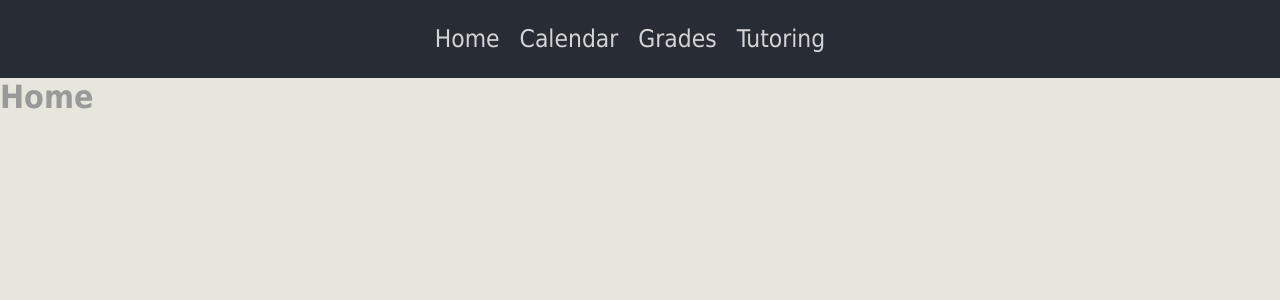
Repository: adityajbir/hackathon2024
Page: / (app in src/my-app/)
An editor plug-in stored every save of this project. The page is shown before and after the next save, followed by the edit.
The browser window is 1280 px wide. The pictures show the whole page.
The project was rebuilt for these pictures with package versions that can differ from the ones it lists, and the page was loaded fresh each time. Also part of the build but not shown: src/my-app/src/Pages/Grades.js, src/my-app/src/Pages/Tutoring.js, src/my-app/src/Pages/Calendar.css, src/my-app/src/Pages/CalendarPage.js.

Above is the page before, as saved 2024-03-23 15:14:07.

### src/my-app/src/App.js
import React from 'react';
import logo from './logo.svg';
import './App.css';
import { BrowserRouter, Routes, Route } from "react-router-dom";
import Grades from "./Pages/Grades";
import Layout from './Pages/Layout';
import Home from './Pages/Home';
import Tutoring from "./Pages/Tutoring";
import CalendarPage from './Pages/CalendarPage';

function App() {
  return (
    <BrowserRouter>
      <Routes>
        <Route path="/" element={<Layout/>}>
          <Route index element={<Home />} />
          <Route path="/Grades" element={<Grades />} />
          <Route path="/CalendarPage" element={<CalendarPage />} />
          <Route path="/Tutoring" element={<Tutoring />} />
        </Route>
      </Routes>
    </BrowserRouter>
  );
}

export default App;

### src/my-app/src/App.css
.App {
    text-align: center;
  }

  .App-logo {
    height: 40vmin;
    pointer-events: none;
  }

  @media (prefers-reduced-motion: no-preference) {
    .App-logo {
      animation: App-logo-spin infinite 20s linear;
    }
  }

  .App-header {
    background-color: #282c34;
    display: flex;
    flex-direction: column;
    align-items: center;
    justify-content: center;
    font-size: calc(10px + 2vmin);
    color: white;
    height: auto;
  }

  .currHeight {
    height: auto;
  }

  .footer {
      position: fixed;
      left: 0;
      padding:50px;
      bottom: 0;
      width: 100%;
      background-color: #282c34;
      color: white;
      text-align: center;
   }




  .App-link {
    color: #61dafb;
  }

  @keyframes App-logo-spin {
    from {
      transform: rotate(0deg);
    }
    to {
      transform: rotate(360deg);
    }
  }




  /* ---[ General Stuff ]------------------------------ */

  body {
    margin: 0px;
      padding: 0px;
    background: #e6e6dc url('') 0px 0px repeat-x;
    color: #999;
    font-family: tahoma, arial, helvetica, sans-serif;
  }

  h1, h2, h3, h4 {
    margin: 0;
    padding: 0;
  }

  p {
      padding-left: 10px;
      padding-right: 10px;
      text-align: justify;
      font-size: 0.8em;
  }

  a:link, a:visited {
      color: #ffffffcc;
      text-decoration: none;
  }

  a:hover, a:active {
      background: #ddeeff;
  }

  /* ---[ End General Stuff ]-------------------------- */

  /* ---[ Container ]---------------------------------- */

  .page-wrapper {
      background: transparent url('') 100% 0px repeat-y;
  }

  /* ---[ Intro ]---------------------------------- */

      .intro {
          margin: 100px 275px 0px 100px;
          /*background: #fff url('') 0px 0px repeat-x;*/
          padding: 30px 10px 10px 10px;
          border-left: solid 1px #ccc;
      }

      /* ---[ Page Header ]------------------------ */

          header {
            background-color: #282c34;
            color: #ff5;
            height: 100px;
            width: 100%;
            top: 0px;
            left: 0px;
            right: 0px;
            position: absolute;
              background: transparent url('') 0px 0px repeat-x;
              z-index: 10;
          }

          header h1 {
              height: 130px;
              font-size: 1.5em;
              background-color: transparent;
              text-decoration: none;
              text-transform: lowercase;
              display: none;
              font-weight: normal;
              position: absolute;
              right: 20px;
              bottom: 3px;
              color: #fff;

              text-indent: 100%;
              white-space: nowrap;
              overflow: hidden;
          }

          header h2 {
              position: absolute;
              top: 0px;
              left: 0px;
              height: 115px;
              width: 400px;
              background: transparent url('') 0px 0px no-repeat;

              text-indent: 100%;
              white-space: nowrap;
              overflow: hidden;
          }

      /* ---[ End Page Header ]-------------------- */

      /* ---[ Quick Summary ]---------------------- */

          .summary {
              width: 270px;
              float: left;
              border-top: solid 1px #ddd;
              border-right: solid 1px #ddd;
              /* border-bottom: solid 1px #999; */
              border-left: solid 1px #ddd;
              background: #e5e5e5 url('') 100% 100% no-repeat;
              margin: 0px 15px 10px 0px;
              padding: 0px 0px 3px 0px;
              font-size: 1em;
          }

          .summary p, .summary p:first-letter {
              text-align: center;
              color: #666;
              font-weight: normal;
          }

          .summary p:first-child {
              background: #fff url('') 0% 0% no-repeat;
              /* padding-bottom: 60px; */
              height: 176px;
              padding: 0px 0px 0px 0px;
              margin: 0px;

              text-indent: 100%;
              white-space: nowrap;
              overflow: hidden;
          }

          .summary p:last-child {
              position: relative;
              bottom: 0px;
              text-align: right;
              padding-bottom: 40px;

              text-indent: 200%;
              white-space: nowrap;
              overflow: hidden;
          }

          .summary>p:nth-child(3) {
              padding-bottom: 0px;
          }

          .summary p:last-child a {
              display: block;
              visibility: visible;
              position: absolute;
              right: 10px;
              margin-left: 75px;
              font-size: 10pt;
              text-indent: 0;
              left: 0px;
              background: none;
              background: transparent url('') 100% 50% no-repeat;
              padding-right: 18px;
              color: #aaa;
              font-variant: small-caps;
              text-transform: capitalize;
          }

          .summary p:last-child a:first-child {
              top: 0;
          }
          .summary p:last-child a:last-child {
              top: 30px;
          }

          .summary p:last-child a:hover {
              background: transparent url('') 100% 50% no-repeat;
              color: #819bb2;
          }
      /* ---[ End Quick Summary ]------------------ */

      /* ---[ Preamble ]--------------------------- */

          .preamble h3 {
              display: none;
          }

          .preamble p {
              font-size: 0.9em;
              color: #819bb2;
              padding-left: 300px;
          }

      /* ---[ End Preamble ]----------------------- */

  /* ---[ End Intro ]------------------------------ */

  /* ---[ Supporting Text ]------------------------ */

      .supporting {
          margin: 0px 275px 0px 100px;
          background: #fff;
          padding: 10px 0px 10px 0px;
          border-left: solid 1px #ccc;
      }

      .supporting div {
          clear: both;
      }

      .supporting h3 {
          padding-top: 30px;
          height: 25px;
          border-bottom: solid 1px #819bb2;

          text-indent: 100%;
          white-space: nowrap;
          overflow: hidden;
      }

      /* ---[ Explanation ]------------------------ */

          .explanation {
              padding-left: 10px;
              padding-right: 10px;
          }

          .explanation h3 {
              background: #fff url('') 100% 100% no-repeat;
          }

          .explanation p:nth-child(2) {
              width: 45%;
              float: left;
          }

          .explanation p:nth-child(3) {
              width: 45%;
              float: right;
          }

      /* ---[ End Explanation ]-------------------- */

      /* ---[ Participation ]---------------------- */

          .participation {
              background: #fff url() 50% 100% no-repeat;
              padding-left: 10px;
              padding-right: 10px;
          }

          .participation h3 {
              background: #fff url() 100% 100% no-repeat;
              /* border-top: solid 1px #ccc; */
          }

          .participation p:nth-child(3) {
              width: 45%;
              float: left;
          }

          .participation p:nth-child(4) {
              width: 45%;
              float: right;
          }

          .participation p:nth-child(5) {
              clear: both;
          }

      /* ---[ End Participation ]------------------ */

      /* ---[ Benefits ]--------------------------- */

          .benefits {
              padding-left: 10px;
              padding-right: 10px;
          }

          .benefits h3 {
              background: #fff url() 100% 100% no-repeat;
              /* border-top: solid 1px #ccc; */
          }

      /* ---[ End Benefits ]----------------------- */

      /* ---[ Requirements ]----------------------- */

          .requirements {
              background: #fff url() 100% 100% no-repeat;
              padding-left: 10px;
              padding-right: 10px;
          }

          .requirements h3 {
              background: #fff url() 100% 100% no-repeat;
              /* border-top: solid 1px #ccc; */
          }

          .requirements p:nth-child(3) {
              width: 45%;
              float: left;
          }

          .requirements p:nth-child(4), .requirements p:nth-child(5) {
              width: 45%;
              float: right;
          }

          .requirements p:nth-child(6) {
              clear: both;
          }

      /* ---[ End Requirements ]------------------- */

      /* ---[ Footer ]----------------------------- */

          footer {
              margin-top: 15px;
              padding-top: 40px;
              padding-bottom: 20px;
              font-size: 0.8em;
              clear: both;
              text-align: center;
              background: #fff url('') 10px 0px repeat-x;
          }

          footer a:link, footer a:visited {
              text-decoration: none;
              color: #999;
          }

          footer a:hover, footer a:active {
              background: none;
              text-decoration: underline;
          }

      /* ---[ End Footer ]------------------------- */

  /* ---[ End Supporting Text ]-------------------- */

  /* ---[ Link List ]------------------------------ */

      .sidebar {
          z-index: 2;
          background: transparent url('') 50% 100% no-repeat;
          position: absolute;
          top: 100px;
          right: 100px;
          float: right;
          width: 175px;
      }

      .sidebar h3 {
          border: none;
          margin-top: 5px;
          margin-bottom: 10px;
          height: 30px;

          text-indent: 100%;
          white-space: nowrap;
          overflow: hidden;
      }

      /* ---[ Link List 2 ]------------------------ */

          .sidebar .wrapper {
              padding-top: 20px;
              color: #666;
          }

          .sidebar .wrapper a:link, .sidebar .wrapper a:visited {
              color: #819bb2;
              text-decoration: none;
          }

          .sidebar .wrapper a:hover, .sidebar .wrapper a:active {
              background: none;
              text-decoration: underline;
          }

          .sidebar .wrapper div {
              font-size: 0.7em;
              padding: 8px 8px 10px 8px;
              background: transparent url('') 0px 100% repeat-x;
          }

          .sidebar .wrapper ul {
              list-style-type: none;
              margin: 0px;
              padding-left: 15px;
          }

          .sidebar .wrapper ul li {
              /* background: url('bullet.gif') 0px 3px no-repeat; */
              list-style-image: url('');
              padding: 0px 0px 0px 0px;
              margin: 0px 0px 10px 0px;
          }

          /* ---[ L Select ]----------------------- */

              .design-selection h3 {
                  background: #e5e5e5 url('') 50% 0% no-repeat;
              }

              .design-selection a {
                  display: block;
              }

              .design-selection a.designer-name {
                  display: inline;
              }

          /* ---[ End L Select ]------------------- */

          /* ---[ L Favorites ]-------------------- */

              #lfavorites h3 {
                  background: #e5e5e5  url('') 50% 0% no-repeat;
              }

              #lfavorites a {
                  display: block;
              }

              #lfavorites a.designer-name {
                  display: inline;
              }

          /* ---[ End L Favorites ]---------------- */

          /* ---[ L Archives ]--------------------- */

              .design-archives h3 {
                  background: #e5e5e5 url('') 50% 0% no-repeat;
              }

          /* ---[ End L Archives ]----------------- */

          /* ---[ L Resources ]-------------------- */

              .zen-resources {
                  margin-bottom: 150px;
              }

              .zen-resources h3 {
                  background: #e5e5e5 url('') 50% 0% no-repeat;
              }

          /* ---[ End L Resources ]---------------- */

      /* ---[ End Link List 2 ]-------------------- */

  /* ---[ End Link List ]-------------------------- */

  /* ---[ End Container ]------------------------------ */

  /* ---[ Extra Div 1 ]-------------------------------- */

  .extra1 {
     position: absolute;
     top: 0px;
     right: 0px;
     width: 275px;
     height: 130px;
     background: transparent url('') 0% 100% no-repeat;
     z-index: 20;
  }

  /* ---[ End Extra Div 1 ]---------------------------- */

  /* ---[ Extra Div 2 ]-------------------------------- */

  .extra2 {
     position: absolute;
     top: 125px;
     left: 105px;
     width: 30px;
     height: 30px;
     background: transparent url('') 0% 0% no-repeat;
     z-index: 20;
  }

  /* ---[ End Extra Div 2 ]---------------------------- */

  /* ---[ Extra Div 3 ]-------------------------------- */

  .extra3 {
     position: absolute;
     top: 125px;
     left: 359px;
     width: 30px;
     height: 30px;
     background: transparent url('') 0% 100% no-repeat;
     z-index: 20;
  }

  /* ---[ End Extra Div 3 ]---------------------------- */

### src/my-app/src/Pages/Layout.js
import React from 'react';
import ReactDOM from 'react-dom';
import { Outlet, Link } from "react-router-dom";

const Layout = () => {
    return (
        <>
            <nav className="App-header">
                <ul style={{ display: 'flex', listStyle: 'none', padding: 0 }}>
                    <li style={{ marginRight: '20px' }}><Link to="/Home">Home</Link></li>
                    <li style={{ marginRight: '20px' }}><Link to="/CalendarPage">Calendar</Link></li>
                    <li style={{ marginRight: '20px' }}><Link to="/Grades">Grades</Link></li>
                    <li style={{ marginRight: '20px' }}><Link to="/Tutoring">Tutoring</Link></li>
                </ul>
            </nav>
            <Outlet />
        </>
    )
}

export default Layout;

### src/my-app/src/Pages/Home.js
import React from 'react'
const Home = () => {
    return <h1>Home</h1>;
  };

  export default Home;

Loaded but not shown: src/my-app/public/index.html (common file); src/my-app/src/index.js (common file); src/my-app/src/index.css (common file); src/my-app/src/reportWebVitals.js (common file)

After the next save:
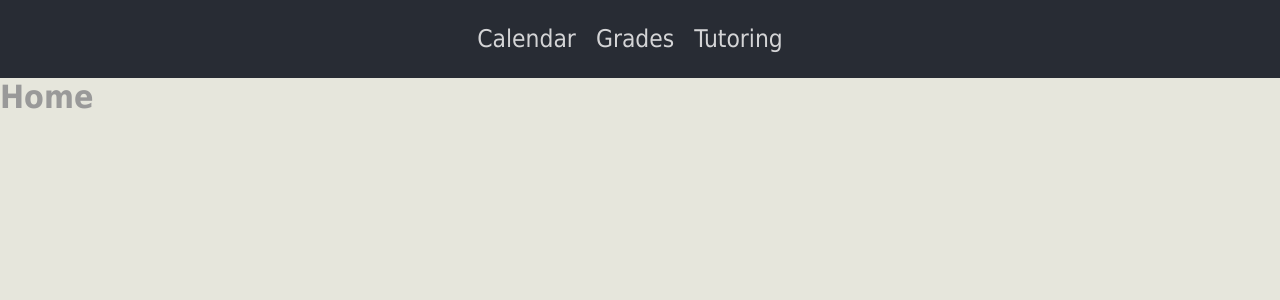
Saved 26 s later.
--- a/src/my-app/src/Pages/Layout.js
+++ b/src/my-app/src/Pages/Layout.js
@@ -7,7 +7,6 @@ const Layout = () => {
         <>
             <nav className="App-header">
                 <ul style={{ display: 'flex', listStyle: 'none', padding: 0 }}>
-                    <li style={{ marginRight: '20px' }}><Link to="/Home">Home</Link></li>
                     <li style={{ marginRight: '20px' }}><Link to="/CalendarPage">Calendar</Link></li>
                     <li style={{ marginRight: '20px' }}><Link to="/Grades">Grades</Link></li>
                     <li style={{ marginRight: '20px' }}><Link to="/Tutoring">Tutoring</Link></li>
